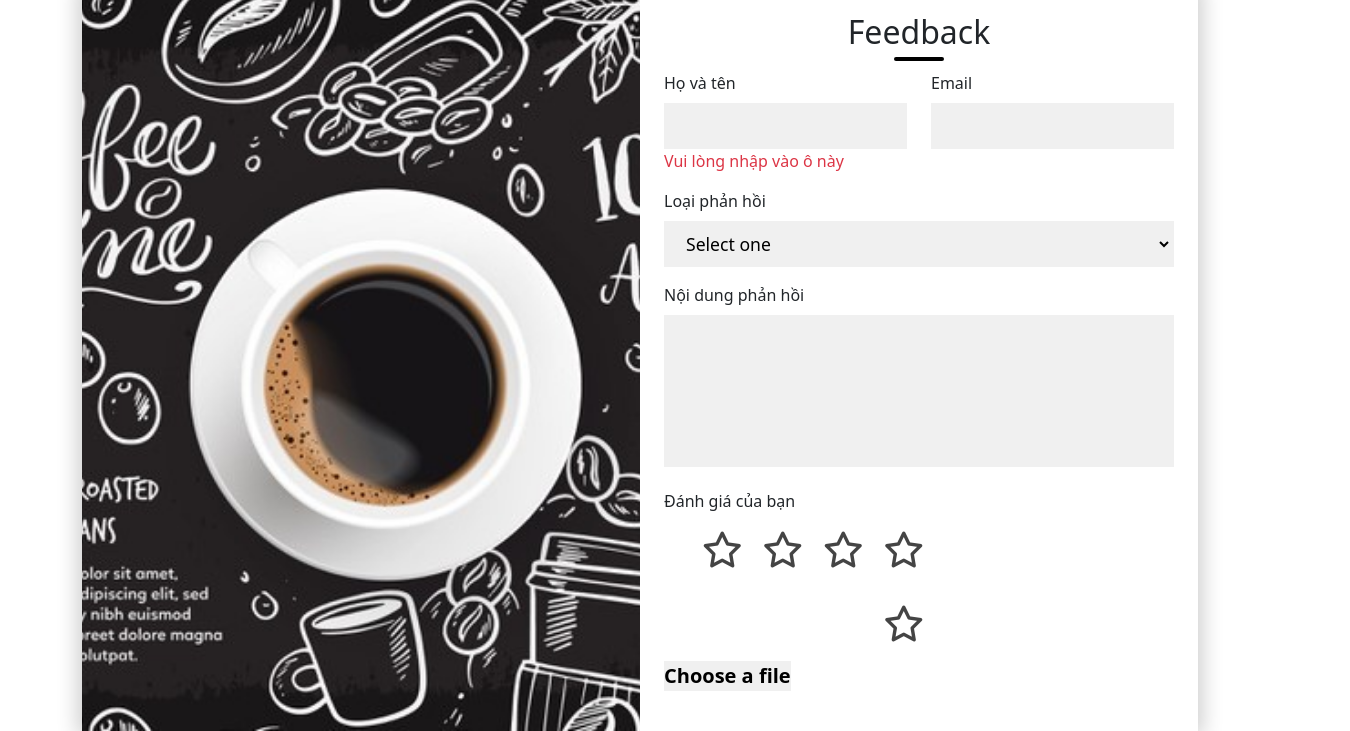
Repository: LeDongGyC/html-css
Page: HTML CSS/prototype/index.html
An editor plug-in stored every save of this project. The page is shown before and after the next save, followed by the edit.
The browser window is 1280 px wide. The page is 1280 px wide, then 1350 px, so the pictures cover 1350 px, including what lies to the right of the window. The pictures show the whole page.
Some web libraries are served in a nearby version. The style sheet was rebuilt from its Sass, Less or Tailwind sources for each picture, by a compiler version that may differ from the author's.

Above is the page before, as saved 2023-05-24 12:08:48.

After the next save:
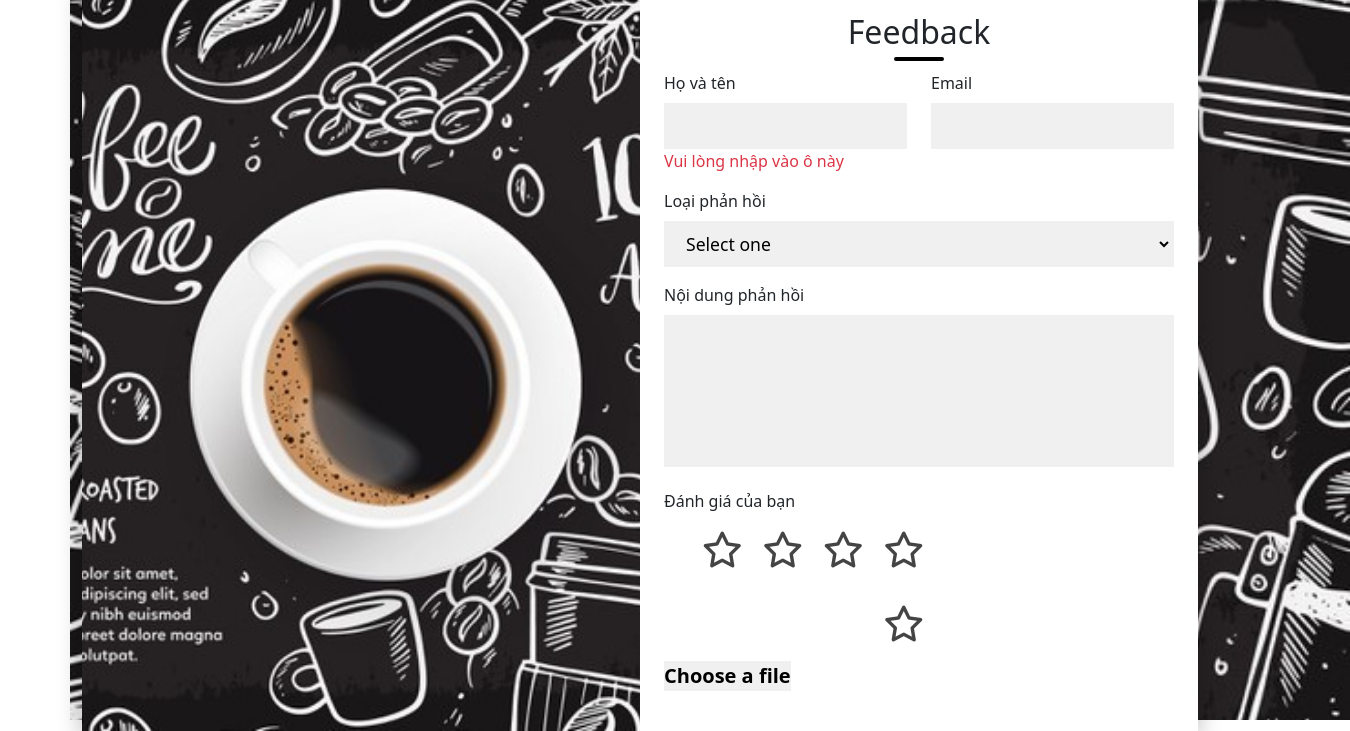
Saved 7 s later.
--- a/HTML CSS/prototype/style.scss
+++ b/HTML CSS/prototype/style.scss
@@ -23,7 +23,7 @@ body {
     position: sticky;
     content: "";
     position: absolute;
-    width: 100;
+    width: 100vw;
     height: 100%;
     left: 0;
     top: 0;
